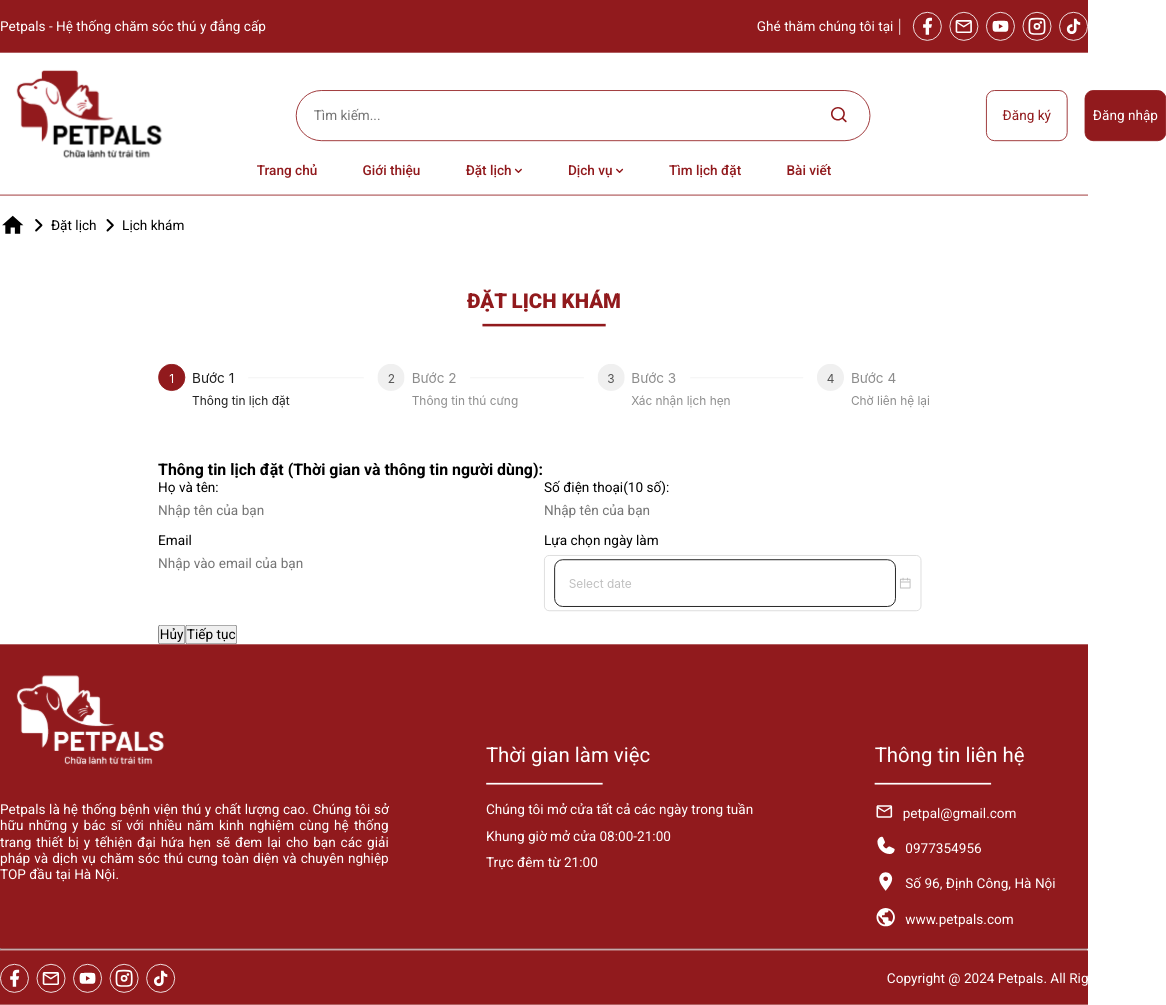
Repository: ahntrung1909/Petpals
Page: /dat-lich/kham-benh (app in petpals-user-main/)
The author's editor kept a copy of each file at every save. The page is drawn from the files as they stood at one save, then again after the next save.
The browser window is 1280 px wide. The page is 1372 px wide, so the pictures cover 1372 px, including what lies to the right of the window. The pictures show the whole page, at 85% of full size.
The project was rebuilt for these pictures with package versions that can differ from the ones it lists, and the page was loaded fresh each time. The framework's server and built-in components were replaced by stand-ins that run in the browser. Also part of the build but not shown: petpals-user-main/next.config.js, petpals-user-main/next.config.mjs.

Above is the page before, as saved 2024-04-10 22:59:49.

After the next save:
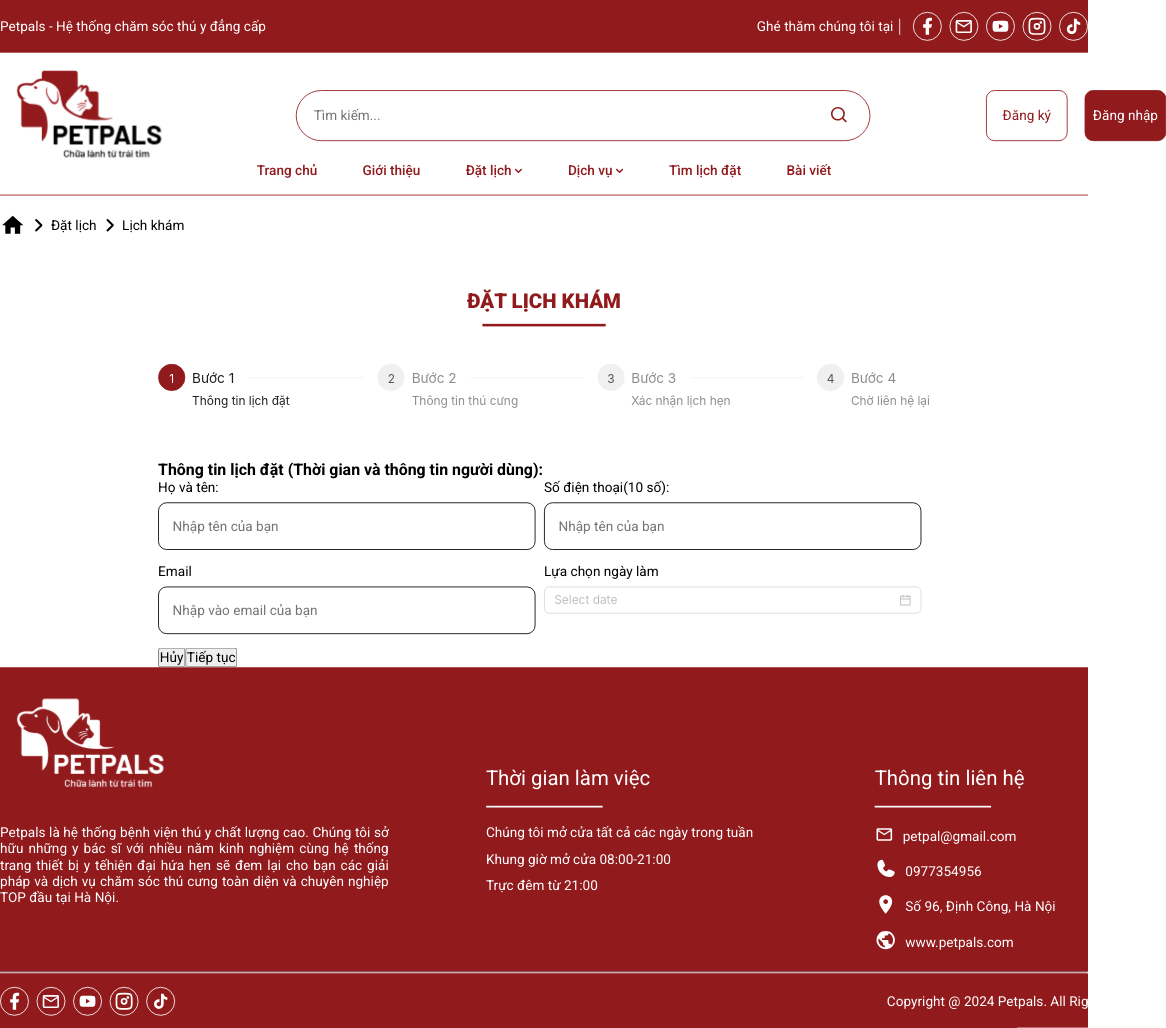
Saved 11 s later.
--- a/petpals-user-main/src/app/dat-lich/kham-benh/style.scss
+++ b/petpals-user-main/src/app/dat-lich/kham-benh/style.scss
@@ -26,7 +26,7 @@
     input {
       width: 100%;
     }
-    div:not(.date-time-picker) {
+    &:not(.date-time-picker) {
       input {
         height: 56px;
         border: 1px solid black;
